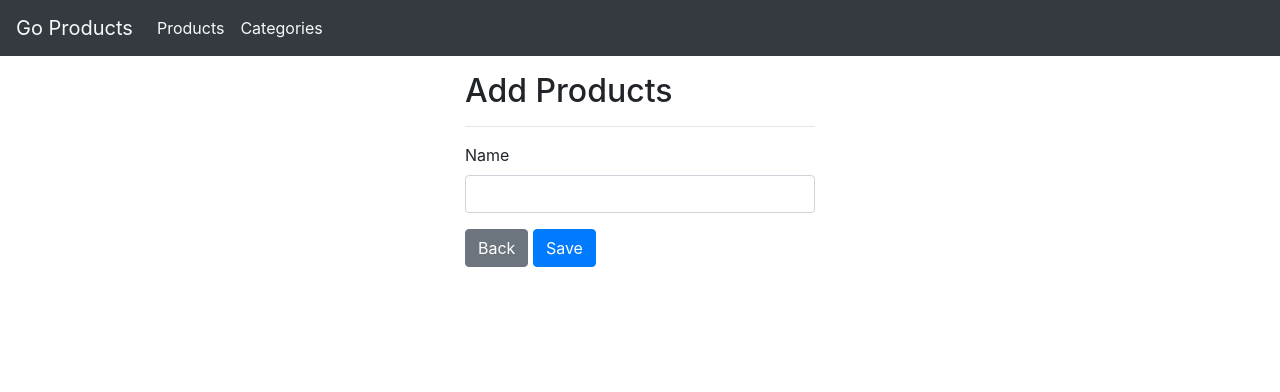
Repository: Nouthemoran/go-web-native-crud
Page: views/product/create.html
An editor plug-in stored every save of this project. The page is shown before and after the next save, followed by the edit.
The browser window is 1280 px wide. The pictures show the whole page.

Above is the page before, as saved 2023-10-11 10:51:41.

### views/product/create.html
<!doctype html>
<html lang="en">
  <head>
    <!-- Required meta tags -->
    <meta charset="utf-8">
    <meta name="viewport" content="width=device-width, initial-scale=1, shrink-to-fit=no">

    <!-- Bootstrap CSS -->
    <link rel="stylesheet" href="https://cdn.jsdelivr.net/npm/bootstrap@4.3.1/dist/css/bootstrap.min.css" integrity="sha384-ggOyR0iXCbMQv3Xipma34MD+dH/1fQ784/j6cY/iJTQUOhcWr7x9JvoRxT2MZw1T" crossorigin="anonymous">

    <title>golang project</title>
  </head>
  <body>
    <!-- Navbar -->
    <nav class="navbar navbar-expand-lg bg-dark">
        <a class="navbar-brand text-light" href="#">Go Products</a>
        <button class="navbar-toggler" type="button" data-toggle="collapse" data-target="#navbarNav" aria-controls="navbarNav" aria-expanded="false" aria-label="Toggle navigation">
          <span class="navbar-toggler-icon"></span>
        </button>
        <div class="collapse navbar-collapse" id="navbarNav">
          <ul class="navbar-nav ms-auto">
            <li class="nav-item active">
              <a class="nav-link text-light" href="/products">Products<span class="sr-only">(current)</span></a>
            </li>
            <li class="nav-item">
              <a class="nav-link text-light" href="/categories">Categories</a>
            </li>
          </ul>
        </div>
      </nav>
    <!-- End of Navbar -->

    <div class="container mt-3">
        <div class="row d-flex justify-content-center ">
            <div class="col-4">
                <h2>Add Products</h2>
                <hr>
                <form action="/products/create" method="POST">
                    <div class="form-group">
                        <label>Name</label>
                        <input type="text" class="form-control" name="name" autocomplete="off">
                    </div>
                      <div class="float-end">
                        <a href="/products" class="btn btn-secondary">Back</a>
                        <button class="btn btn-primary">Save</button>
                      </div>
                </form>
            </div>
        </div>

    </div>

    <!-- Optional JavaScript -->
    <!-- jQuery first, then Popper.js, then Bootstrap JS -->
    <script src="https://code.jquery.com/jquery-3.3.1.slim.min.js" integrity="sha384-q8i/X+965DzO0rT7abK41JStQIAqVgRVzpbzo5smXKp4YfRvH+8abtTE1Pi6jizo" crossorigin="anonymous"></script>
    <script src="https://cdn.jsdelivr.net/npm/popper.js@1.14.7/dist/umd/popper.min.js" integrity="sha384-UO2eT0CpHqdSJQ6hJty5KVphtPhzWj9WO1clHTMGa3JDZwrnQq4sF86dIHNDz0W1" crossorigin="anonymous"></script>
    <script src="https://cdn.jsdelivr.net/npm/bootstrap@4.3.1/dist/js/bootstrap.min.js" integrity="sha384-JjSmVgyd0p3pXB1rRibZUAYoIIy6OrQ6VrjIEaFf/nJGzIxFDsf4x0xIM+B07jRM" crossorigin="anonymous"></script>
  </body>
</html>

After the next save:
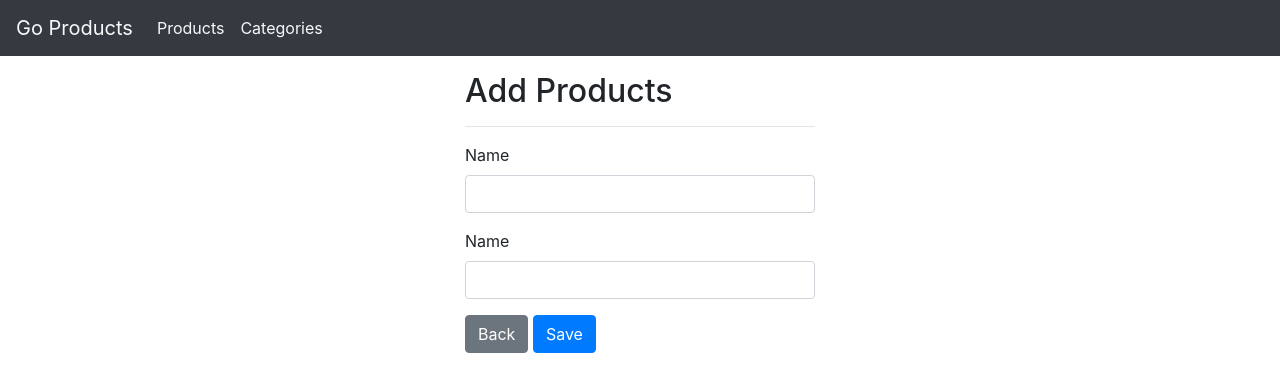
Saved 13 s later.
--- a/views/product/create.html
+++ b/views/product/create.html
@@ -40,6 +40,10 @@
                         <label>Name</label>
                         <input type="text" class="form-control" name="name" autocomplete="off">
                     </div>
+                    <div class="form-group">
+                        <label>Name</label>
+                        <input type="text" class="form-control" name="name" autocomplete="off">
+                    </div>
                       <div class="float-end">
                         <a href="/products" class="btn btn-secondary">Back</a>
                         <button class="btn btn-primary">Save</button>
